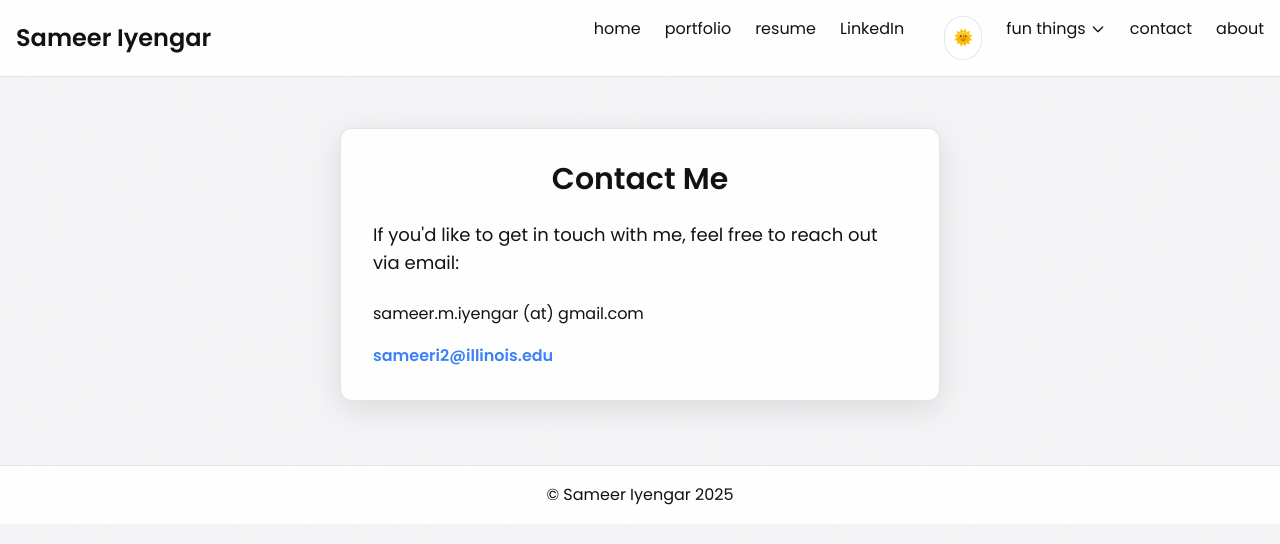
Repository: siyengar04/siyengar04.github.io
Page: contact.html
An editor plug-in stored every save of this project. The page is shown before and after the next save, followed by the edit.
The browser window is 1280 px wide. The pictures show the whole page.

Above is the page before, as saved 2025-07-08 12:44:30.

### contact.html
<!DOCTYPE html>
<html lang="en">

<head>
    <script>
    if (localStorage.theme === 'dark' ||
        (!('theme' in localStorage) && window.matchMedia('(prefers-color-scheme: dark)').matches)) {
        document.documentElement.classList.add('dark-theme');
    }
    </script>
    <meta charset="UTF-8">
    <meta name="viewport" content="width=device-width, initial-scale=1.0">
    <meta property="og:image" content="./images/profile.jpg">
    <meta property="og:image:type" content="image/jpg">
    <meta name="description" content="student, innovator, engineer" />
    <meta property="og:title" content="Sameer Iyengar">
    <meta property="og:description" content="student, innovator, engineer">
    <title>Sameer Iyengar - Contact</title>
    <script src="https://cdn.jsdelivr.net/npm/@tailwindcss/browser@4"></script>
    <link href="https://fonts.googleapis.com/css2?family=Poppins:wght@300;400;600&display=swap" rel="stylesheet">
    <style>
        :root {
            /* Light Theme (default) - High contrast */
            --bg-primary: #f5f5f7;
            --text-primary: #121212;
            --glass-light: rgba(255, 255, 255, 0.85);
            --glass-text: #121212;
            --border-light: rgba(0, 0, 0, 0.1);
            --accent-color: #3b82f6;

            /* Dark Theme */
            --bg-primary-dark: #0a0a0a;
            --text-primary-dark: #f8f9fa;
            --glass-dark: rgba(20, 20, 20, 0.85);
            --glass-text-dark: #f8f9fa;
            --border-dark: rgba(255, 255, 255, 0.15);
            --accent-color-dark: #60a5fa;
        }

        .dark-theme {
            --bg-primary: var(--bg-primary-dark);
            --text-primary: var(--text-primary-dark);
            --glass-light: var(--glass-dark);
            --glass-text: var(--glass-text-dark);
            --border-light: var(--border-dark);
            --accent-color: var(--accent-color-dark);
        }

        body {
            font-family: 'Poppins', sans-serif;
            background: var(--bg-primary);
            color: var(--text-primary);
            transition: background 0.5s ease, color 0.3s ease;
            background-image: url('data:[embedded picture, 288 characters]');
            line-height: 1.6;
            margin: 0;
            padding: 0;
        }

        /* Glassmorphism Navigation Bar */
        header {
            position: fixed;
            top: 0;
            width: 100%;
            background: var(--glass-light) !important;
            backdrop-filter: blur(12px);
            -webkit-backdrop-filter: blur(12px);
            border-bottom: 1px solid var(--border-light);
            color: var(--glass-text) !important;
            z-index: 100;
            padding: 1rem 0;
        }

        /* Navigation */
        nav a {
            color: var(--glass-text);
            transition: all 0.3s ease;
        }

        nav a:hover {
            color: var(--accent-color);
            transform: translateY(-2px);
        }

        /* Theme toggle button */
        #theme-toggle {
            background: var(--glass-light);
            backdrop-filter: blur(10px);
            border: 1px solid var(--border-light);
            transition: all 0.3s ease;
        }

        #theme-toggle:hover {
            transform: scale(1.1);
        }

        /* Contact Section */
        #contact {
            padding: 8rem 0 4rem; /* Adjusted for fixed header */
        }

        .contact-container {
            background: var(--glass-light);
            backdrop-filter: blur(8px);
            -webkit-backdrop-filter: blur(8px);
            border: 1px solid var(--border-light);
            border-radius: 12px;
            padding: 2rem;
            max-width: 600px;
            margin: 0 auto;
            box-shadow: 0 8px 32px rgba(0, 0, 0, 0.1);
        }

        .email-link {
            color: var(--accent-color);
            text-decoration: none;
            font-weight: 600;
            transition: all 0.3s ease;
        }

        .email-link:hover {
            text-decoration: underline;
            transform: translateY(-2px);
        }

        /* Dropdown menu */
        .desktop-dropdown-menu {
            margin-top: 0.5rem;
            background: var(--glass-light);
            backdrop-filter: blur(12px);
            -webkit-backdrop-filter: blur(12px);
            border: 1px solid var(--border-light);
            border-radius: 8px;
            overflow: hidden;
            box-shadow: 0 8px 32px rgba(0, 0, 0, 0.1);
        }

        .desktop-dropdown:hover .desktop-dropdown-menu {
            display: block;
        }

        /* Footer */
        footer {
            background: var(--glass-light);
            backdrop-filter: blur(12px);
            -webkit-backdrop-filter: blur(12px);
            border-top: 1px solid var(--border-light);
            padding: 1rem 0;
            color: var(--glass-text);
        }

        @media (max-width: 768px) {
            #contact {
                padding: 6rem 0 2rem;
            }

            .contact-container {
                margin: 0 1rem;
                padding: 1.5rem;
            }

            #nav-menu {
                background: var(--glass-light);
                backdrop-filter: blur(12px);
                -webkit-backdrop-filter: blur(12px);
                border: 1px solid var(--border-light);
                border-radius: 8px;
                padding: 1rem;
                margin-top: 0.5rem;
            }
        }
    </style>
</head>

<body>
    <header class="fixed top-0 z-10 w-full">
        <div class="container flex items-center justify-between px-4 mx-auto">
            <h1 class="text-2xl font-semibold">Sameer Iyengar</h1>
            <div class="md:hidden">
                <button id="nav-toggle" class="focus:outline-none">
                    <svg xmlns="http://www.w3.org/2000/svg" class="w-6 h-6" fill="none" viewBox="0 0 24 24" stroke="currentColor">
                        <path stroke-linecap="round" stroke-linejoin="round" stroke-width="2" d="M4 6h16M4 12h16m-7 6h7" />
                    </svg>
                </button>
            </div>
            <nav id="nav-menu" class="hidden md:flex md:space-x-6">
                <ul class="flex flex-col space-y-4 md:flex-row md:space-y-0 md:space-x-6">
                    <li><a href="/index.html">home</a></li>
                    <li><a href="/portfolio.html">portfolio</a></li>
                    <li><a href="/resume.html">resume</a></li>
                    <li><a href="https://www.linkedin.com/in/sameer-iyengar/">LinkedIn</a></li>
                    <li>
                        <button id="theme-toggle" class="p-2 ml-4 rounded-full">
                            <span class="light-icon">🌞</span>
                            <span class="hidden dark-icon">🌙</span>
                        </button>
                    </li>
                    <!-- Desktop Fun Things Dropdown -->
                    <li class="relative group">
                        <button class="flex items-center">
                            fun things
                            <svg class="w-4 h-4 ml-1" fill="none" stroke="currentColor" viewBox="0 0 24 24" xmlns="http://www.w3.org/2000/svg">
                                <path stroke-linecap="round" stroke-linejoin="round" stroke-width="2" d="M19 9l-7 7-7-7"></path>
                            </svg>
                        </button>
                        <div class="absolute left-0 hidden pt-2 group-hover:block desktop-dropdown-menu">
                            <a href="/cat-gallery.html" class="block px-4 py-2 hover:text-accent-color">eva!!</a>
                        </div>
                    </li>
                    <li><a href="/contact.html">contact</a></li>
                    <li><a href="/about.html">about</a></li>
                </ul>
            </nav>
        </div>
    </header>

    <main>
        <section id="contact" class="contact">
            <div class="contact-container">
                <h2 class="mb-6 text-3xl font-bold text-center">Contact Me</h2>
                <p class="mb-6 text-lg">If you'd like to get in touch with me, feel free to reach out via email:</p>
                <div class="space-y-4">
                    <p>
                        sameer.m.iyengar (at) gmail.com
                    </p>
                    <p>
                        <a href="mailto:sameeri2@illinois.edu" class="email-link">sameeri2@illinois.edu</a>
                    </p>
                </div>
            </div>
        </section>
    </main>

    <footer class="text-center">
        <div class="container mx-auto">
            <p>&copy; Sameer Iyengar 2025</p>
        </div>
    </footer>

    <script>
        // Mobile navigation toggle
        const navToggle = document.getElementById('nav-toggle');
        const navMenu = document.getElementById('nav-menu');

        navToggle.addEventListener('click', () => {
            navMenu.classList.toggle('hidden');
        });

        // Theme toggle functionality
        const themeToggle = document.getElementById('theme-toggle');
        const darkIcon = document.querySelector('.dark-icon');
        const lightIcon = document.querySelector('.light-icon');

        // Check for saved preference or system preference
        const savedTheme = localStorage.getItem('theme') ||
                         (window.matchMedia('(prefers-color-scheme: dark)').matches ? 'dark' : 'light');

        if (savedTheme === 'dark') document.documentElement.classList.add('dark-theme');

        // Update UI icons
        function updateIcons() {
            const isDark = document.documentElement.classList.contains('dark-theme');
            darkIcon.classList.toggle('hidden', !isDark);
            lightIcon.classList.toggle('hidden', isDark);
        }

        // Toggle theme
        themeToggle.addEventListener('click', () => {
            document.documentElement.classList.toggle('dark-theme');
            const theme = document.documentElement.classList.contains('dark-theme') ? 'dark' : 'light';
            localStorage.setItem('theme', theme);
            updateIcons();
        });

        // Initialize icons
        updateIcons();
    </script>
</body>
</html>

After the next save:
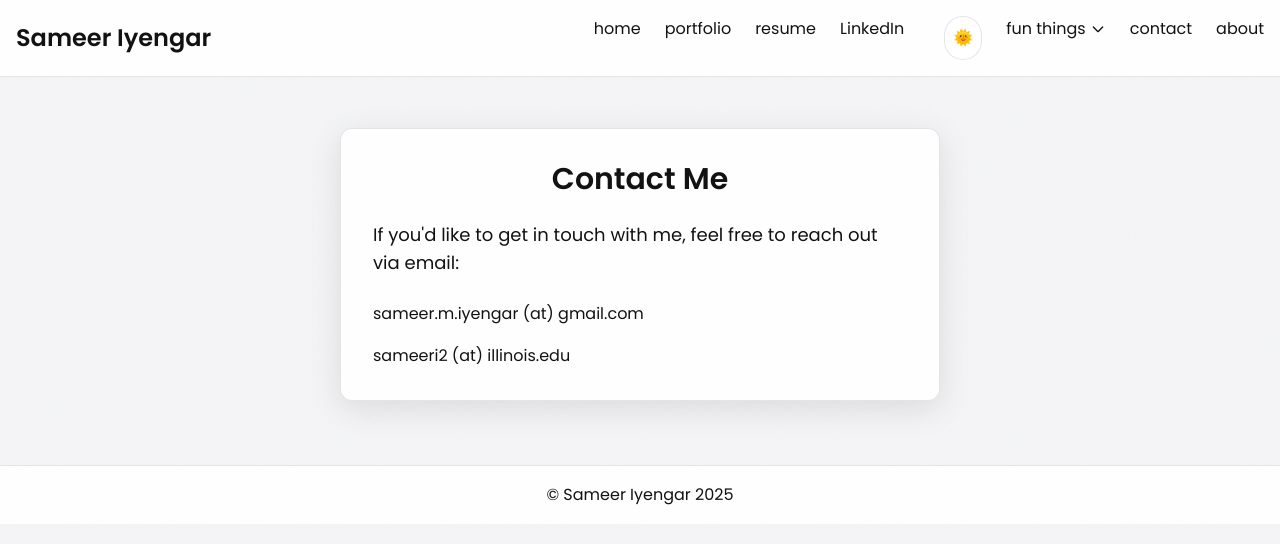
Saved 13 s later.
--- a/contact.html
+++ b/contact.html
@@ -224,7 +224,7 @@
                         sameer.m.iyengar (at) gmail.com
                     </p>
                     <p>
-                        <a href="mailto:sameeri2@illinois.edu" class="email-link">sameeri2@illinois.edu</a>
+                        sameeri2 (at) illinois.edu
                     </p>
                 </div>
             </div>
